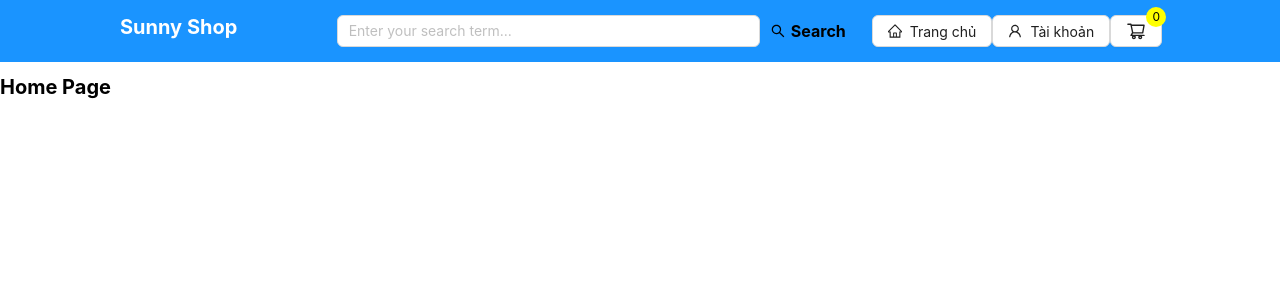
Repository: manhhieu120499/E-Commerce
Page: /
These files come from the project's save history. The page is drawn as it stood at one moment and after the next save; the edit follows.
The browser window is 1280 px wide. The pictures show the whole page.
The project was rebuilt for these pictures with package versions that can differ from the ones it lists, and the page was loaded fresh each time. Also part of the build but not shown: src/pages/product/Product.js, src/pages/order/Order.js, src/pages/notFound/NotFound.js, src/layouts/NormalLayout/NormalLayout.js.

Above is the page before, as saved 2025-01-01 12:19:07.

After the next save:
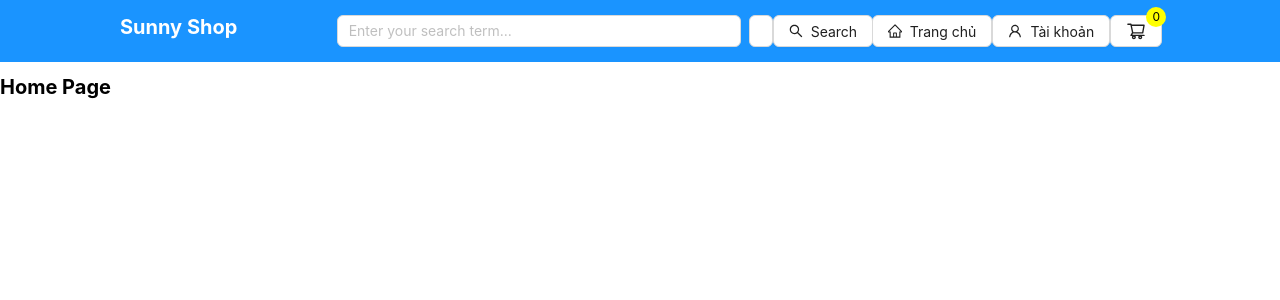
Saved 2 min 18 s later.
--- a/src/components/ButtonInputSearch/ButtonInputSearch.js
+++ b/src/components/ButtonInputSearch/ButtonInputSearch.js
@@ -3,11 +3,12 @@ import {
   WrapperButtonInputSearch,
   ButtonTextSpan,
 } from "./ButtonInputSearchStyle";
+import { Button, Input } from "antd";
 function ButtonInputSearch() {
   return (
     <WrapperButtonInputSearch>
-      <SearchOutlined />
-      <ButtonTextSpan>Search</ButtonTextSpan>
+      <Input placeholder="Enter your search term..." />
+      <Button icon={<SearchOutlined />}>Search</Button>
     </WrapperButtonInputSearch>
   );
 }
